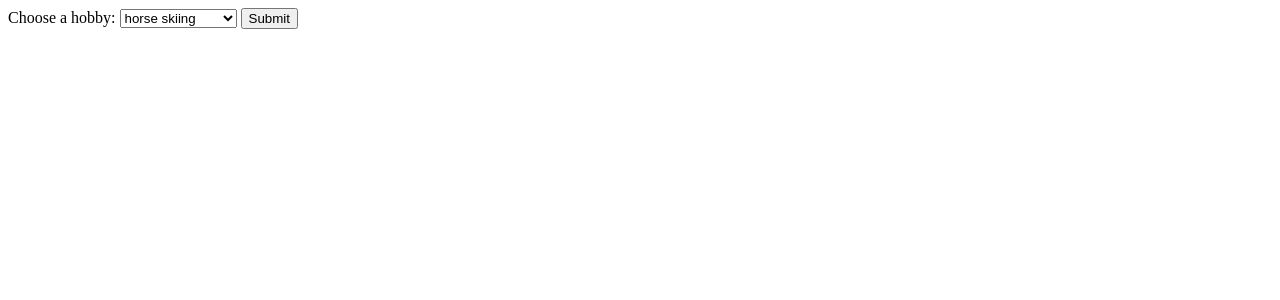
Repository: Freshield/GAEJSP
Page: real-headfirst/Chp8.1/WebContent/tester.html
These files come from the project's save history. The page is drawn as it stood at one moment and after the next save; the edit follows.
The browser window is 1280 px wide. The pictures show the whole page.

Above is the page before, as saved 2016-03-27 21:05:31.

### real-headfirst/Chp8.1/WebContent/tester.html
<!DOCTYPE html>
<html>
<head>
<meta charset="UTF-8">
<title>Insert title here</title>
</head>
<body>
<form action="tester.jsp" method="post">
	Choose a hobby:
	<select name="name" size="1">
		<option>horse skiing
		<option>extreme knitting
		<option>alpine scuba
		<option>speed dating

	</select>

		<input type="SUBMIT">

</form>

</body>
</html>

After the next save:
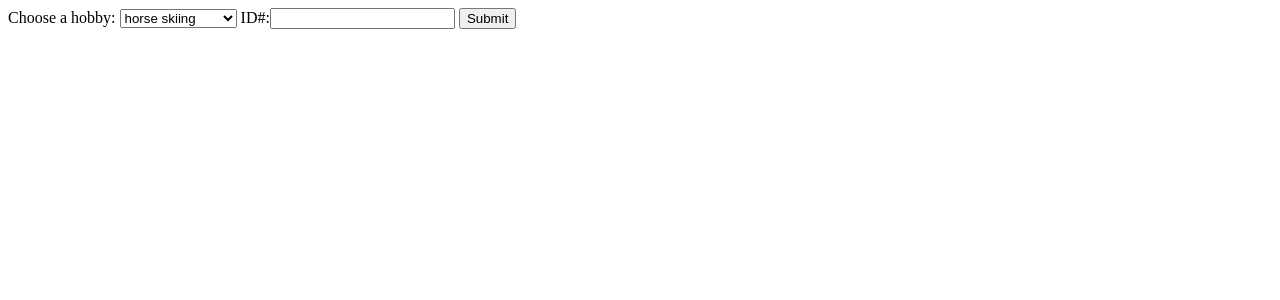
Saved 2 min 57 s later.
--- a/real-headfirst/Chp8.1/WebContent/tester.html
+++ b/real-headfirst/Chp8.1/WebContent/tester.html
@@ -14,6 +14,7 @@
 		<option>speed dating
 
 	</select>
+	ID#:<input type="text" name="empID">
 
 		<input type="SUBMIT">
 
